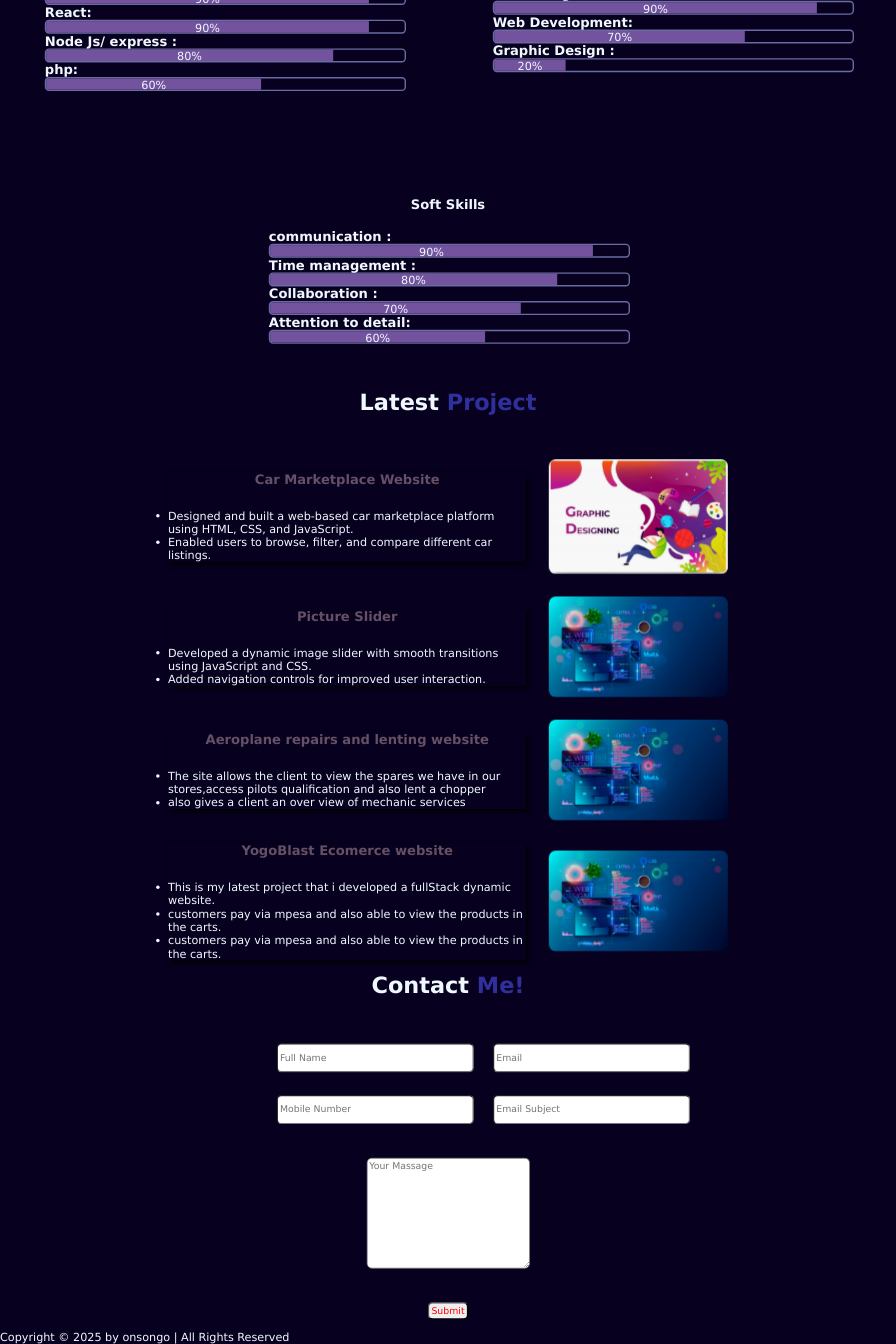
Repository: shrewd-baddest/portfolio
Page: myportfolio-main/index.html
These files come from the project's save history. The page is drawn as it stood at one moment and after the next save; the edit follows.
The browser window is 1280 px wide. The pictures show the part of the page from y = 1673 to 3593 px (the page is 3593 px tall before and 3574 px after), at 70% of full size.
Some web libraries are served in a nearby version.

Above is the page before, as saved 2025-06-24 08:01:18.

After the next save:
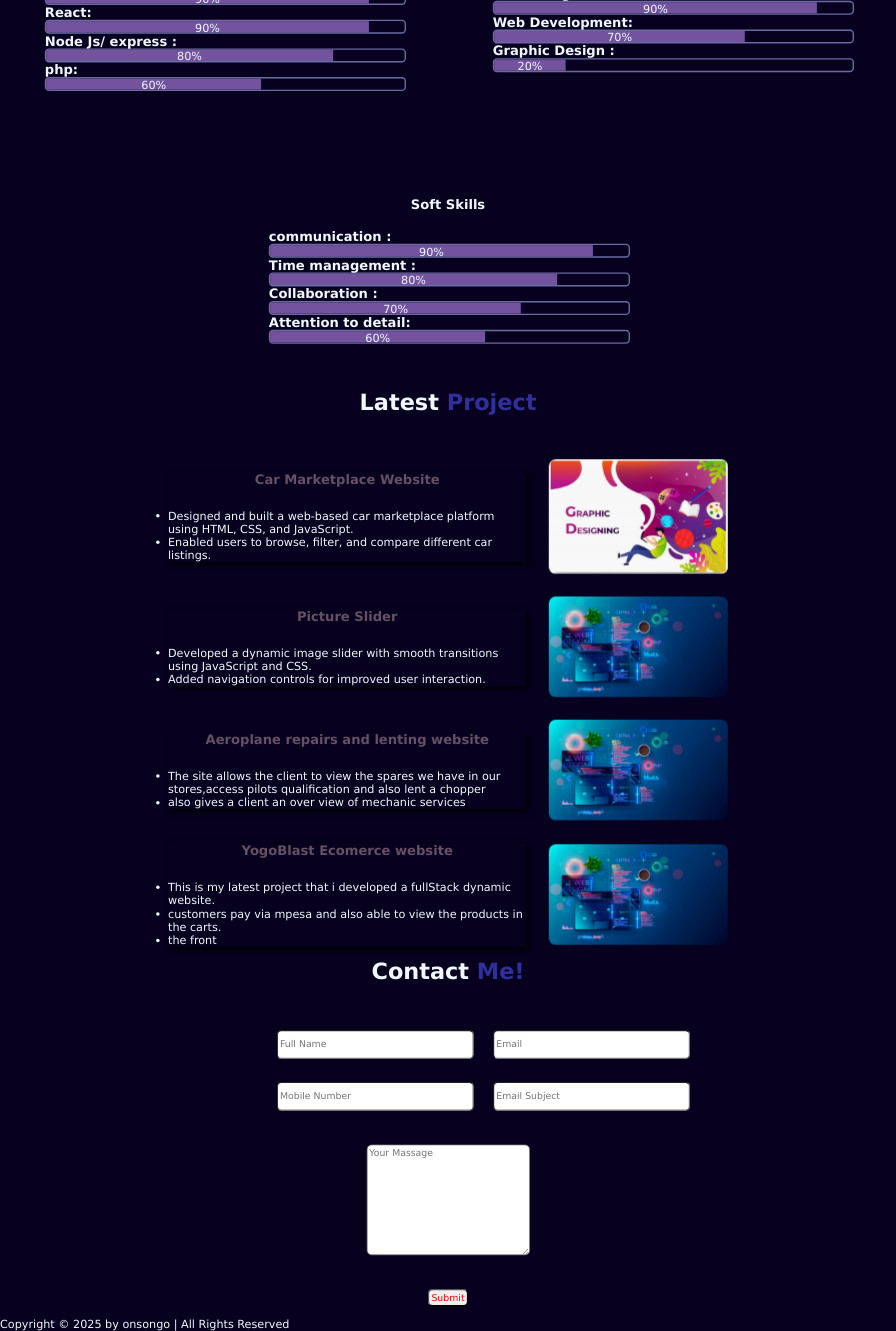
Saved 19 s later.
--- a/myportfolio-main/index.html
+++ b/myportfolio-main/index.html
@@ -212,7 +212,7 @@
                     <ul>
                         <li>This is my latest project that i developed a fullStack dynamic website.</li>
                         <li>customers pay via mpesa and also able to view the products in the carts.</li>
-                      <li>customers pay via mpesa and also able to view the products in the carts.</li>
+                      <li>the front </li>
 
                     </ul>
 
